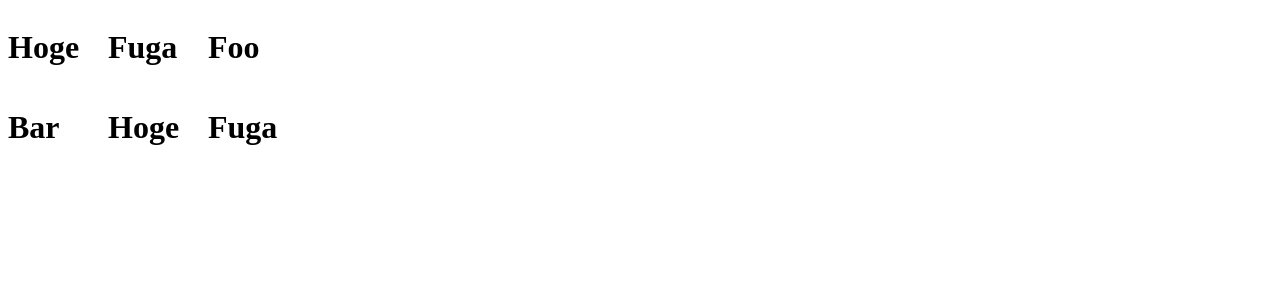
Repository: Mami-mo/samurai_HTML-CSS
Page: Lesson15/glid-template-colmuns.html
The author's editor kept a record of every edit. The page is drawn from the files as they stood at one moment, then again after the next edit.
The browser window is 1280 px wide. The pictures show the whole page.

Above is the page before.

### Lesson15/glid-template-colmuns.html
<html lang="ja">
    <head>
        <style>
            #grid {
                display: grid;
                grid-template-columns: 100px 100px 100px;
            }
        </style>
    </head>
    <body>
        <div id="grid">
            <h1>Hoge</h1>
            <h1>Fuga</h1>
            <h1>Foo</h1>
            <h1>Bar</h1>
            <h1>Hoge</h1>
            <h1>Fuga</h1>
        </div>
    </body>
</html>

After the next edit:
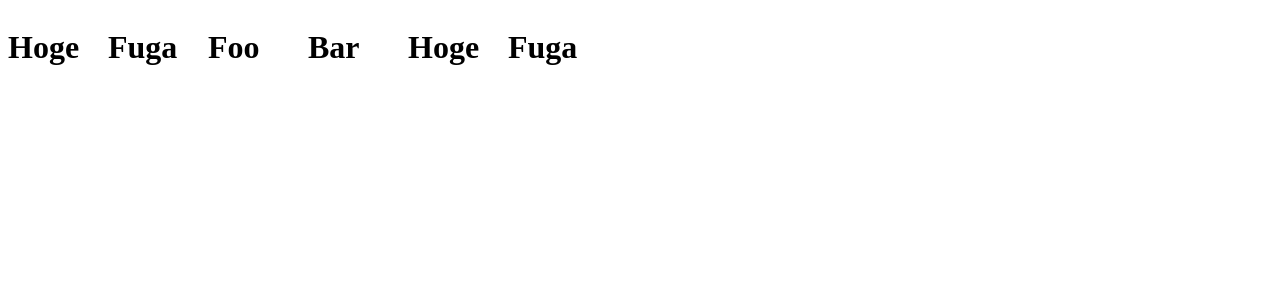
The edit:
--- a/Lesson15/glid-template-colmuns.html
+++ b/Lesson15/glid-template-colmuns.html
@@ -3,7 +3,7 @@
         <style>
             #grid {
                 display: grid;
-                grid-template-columns: 100px 100px 100px;
+                grid-template-columns: 100px 100px 100px 100px 100px 100px;
             }
         </style>
     </head>
